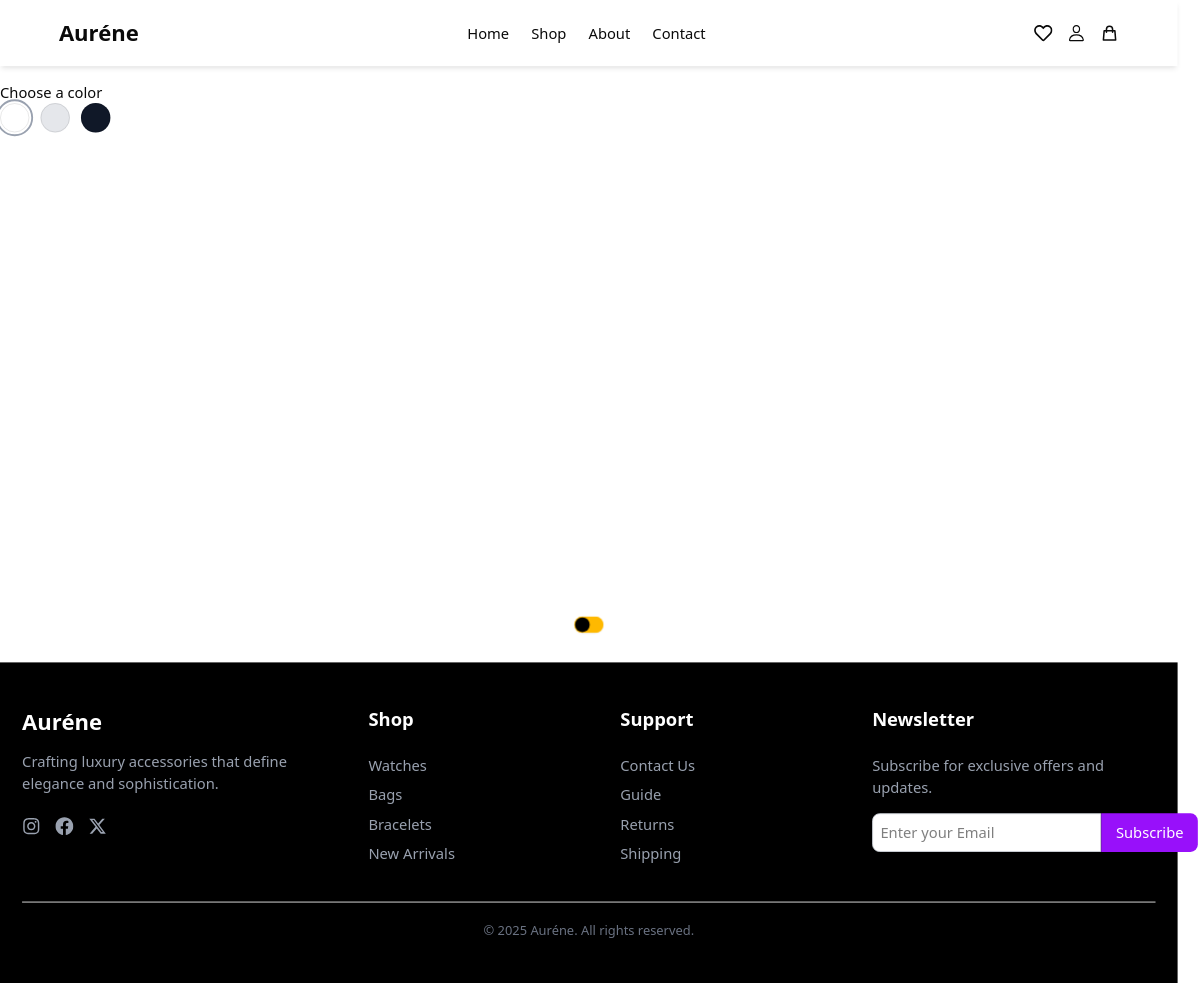
Repository: oehab30/Aur-ne-e-commerce-
Page: /Wishlist
The author's editor kept a copy of each file at every save. The page is drawn from the files as they stood at one save, then again after a run of saves.
The browser window is 1280 px wide. The page is 1302 px wide, so the pictures cover 1302 px, including what lies to the right of the window. The pictures show the whole page, at 92% of full size.
The project was rebuilt for these pictures with package versions that can differ from the ones it lists, and the page was loaded fresh each time. Also part of the build but not shown: src/components/home-page/Hero.tsx, src/components/home-page/Hotoffers.tsx, src/components/home-page/Dontmiss.tsx, src/components/home-page/Featuredcollection.tsx, src/components/home-page/BestSellers.tsx, src/components/home-page/Summercollection.tsx, src/pages/Home.tsx, src/components/common/Categories.tsx and 7 more.

Above is the page before, as saved 2025-11-26 18:53:24.

After the next 3 saves:
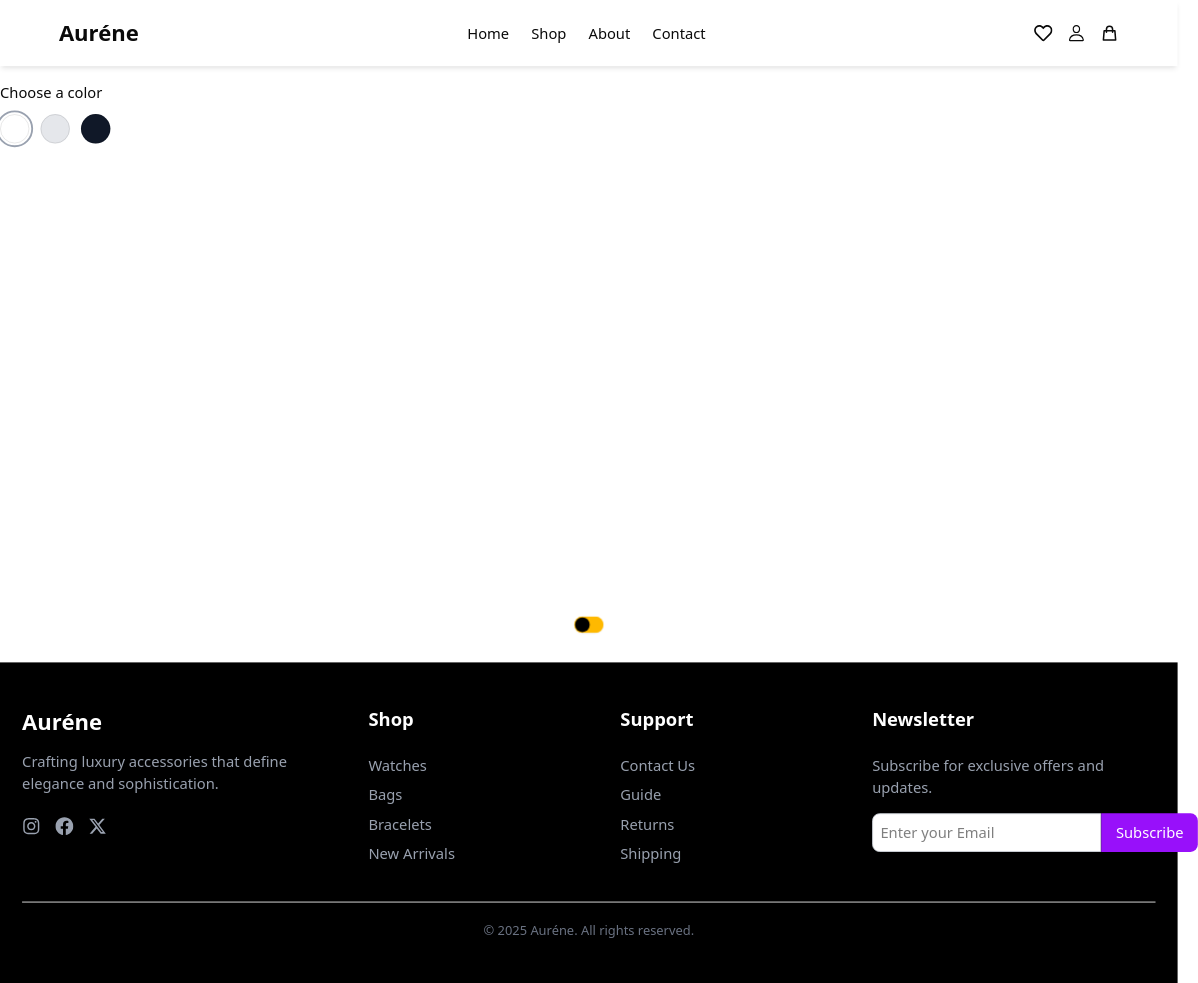
The 3 saves are shown as one change because they came seconds apart.
The last was saved 10 s later.
--- a/src/components/Shop-page/color.tsx
+++ b/src/components/Shop-page/color.tsx
@@ -12,7 +12,7 @@ function Color() {
 
   return (
     <fieldset aria-label="Choose a color" className="mt-4 ">
-        <h1>Choose a color</h1>
+        <h1 className='mb-3'>Choose a color</h1>
       <div className="flex items-center gap-x-3">
         {product.colors.map((color, index) => (
           <div
